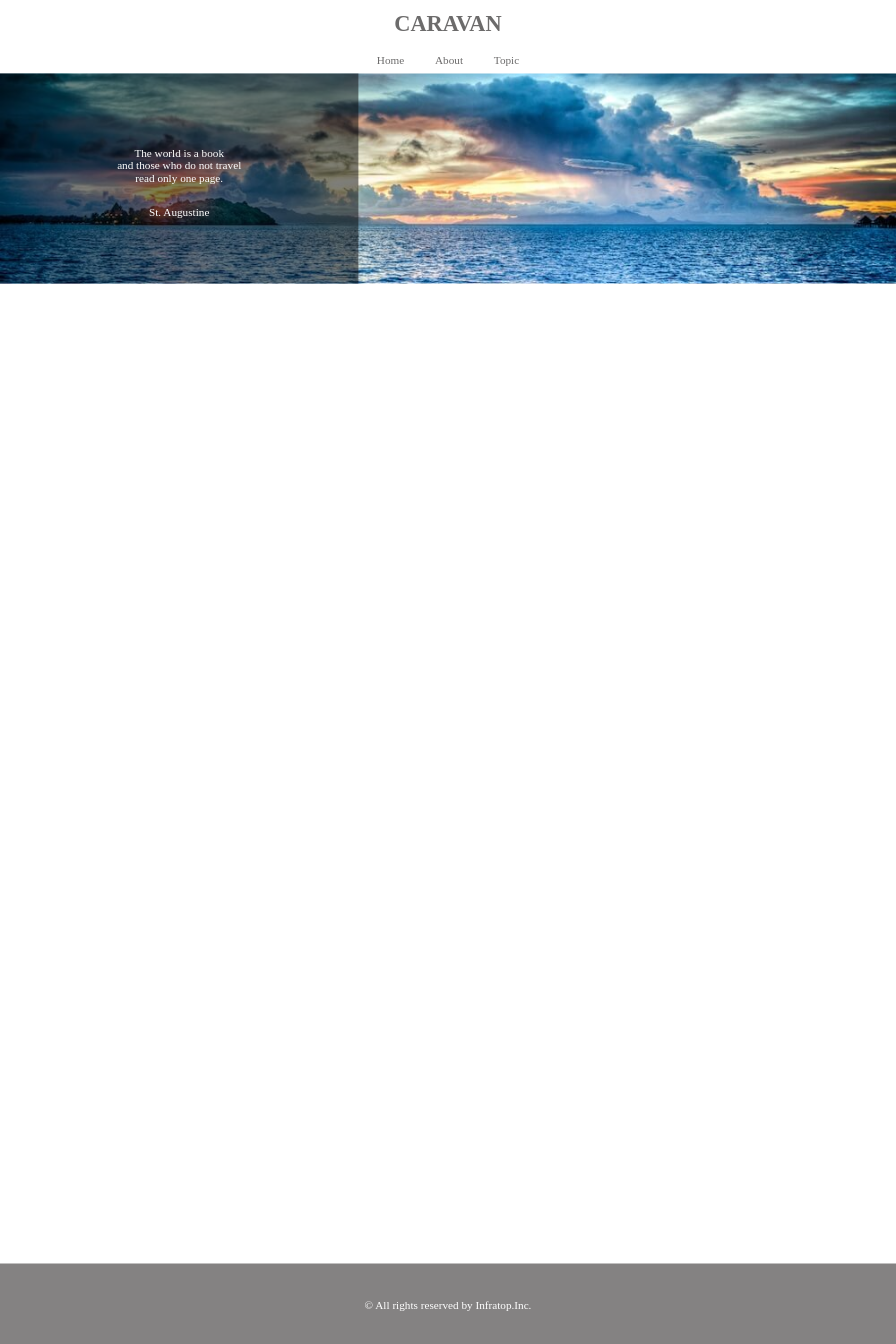
Repository: Takahiro620/dmmwebcamp
Page: caravan/index.html
The author's editor kept a record of every edit. The page is drawn from the files as they stood at one moment, then again after the next edit.
The browser window is 1280 px wide. The pictures show the part of the page from y = 0 to 1920 px (the page is 1925 px tall before and 3325 px after), at 70% of full size.

Above is the page before.

After the next edit:
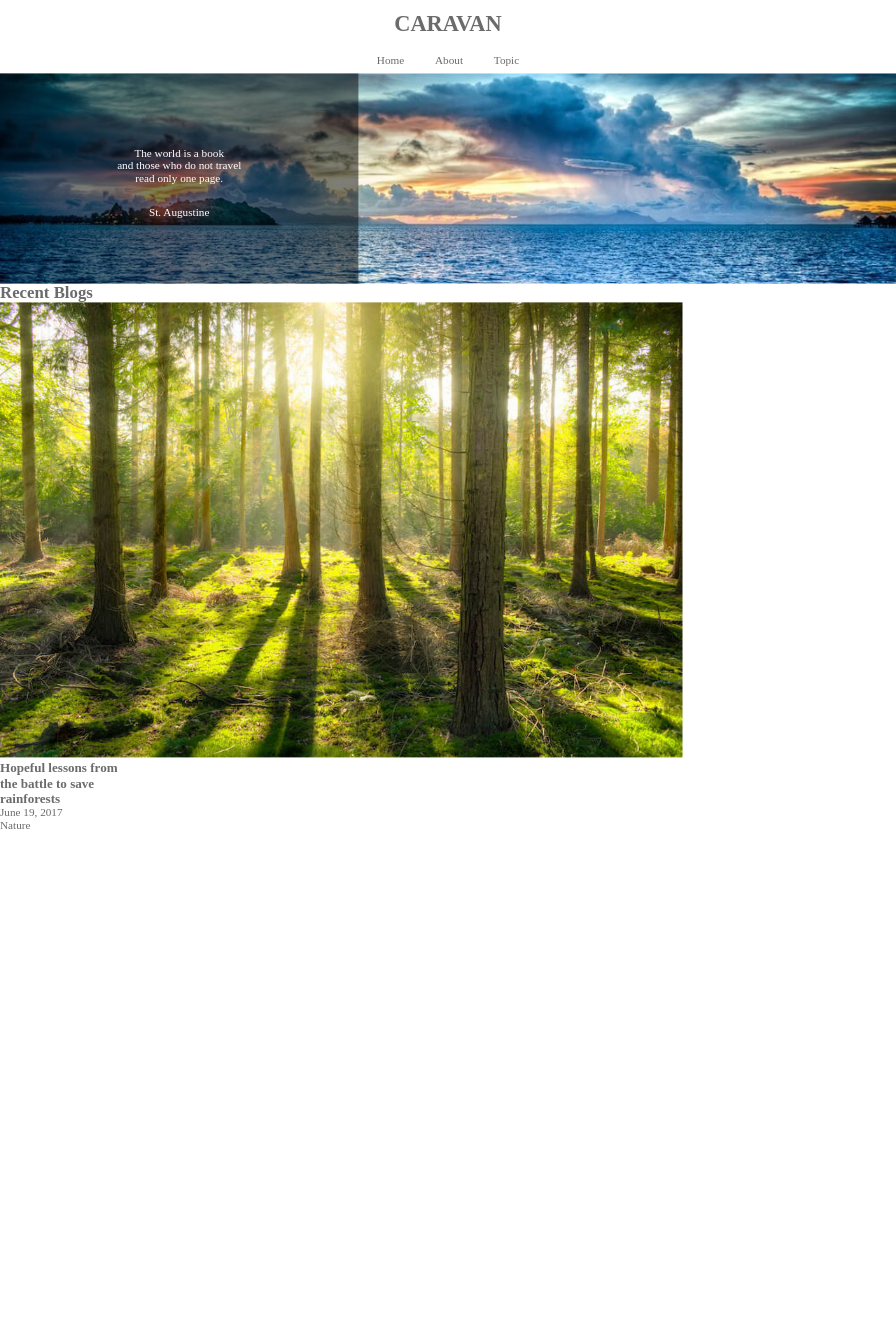
The edit:
--- a/caravan/index.html
+++ b/caravan/index.html
@@ -50,10 +50,27 @@
 
 
         <!-- main用のdiv -->
-    <div class="main">
-      <div class="blog"></div>
+    <main>
+      <section class="blog">
+        <h2 class="blog-heading">Recent Blogs</h2>
+        <div class="blog-item">
+          <img class="blog-image" src="img/forest.jpg">
+          <section class="blog-text">
+            <h3>
+              <a href="single.html">
+                Hopeful lessons from<br>
+                the battle to save<br>
+                rainforests
+              </a>
+            </h3>
+            <p>June 19, 2017</p>
+            <span class="category">Nature</span>
+          </section>
+        </div>
+
+      </section>
       <div class="sidebar"></div>
-    </div>
+    </main>
 
 
 
